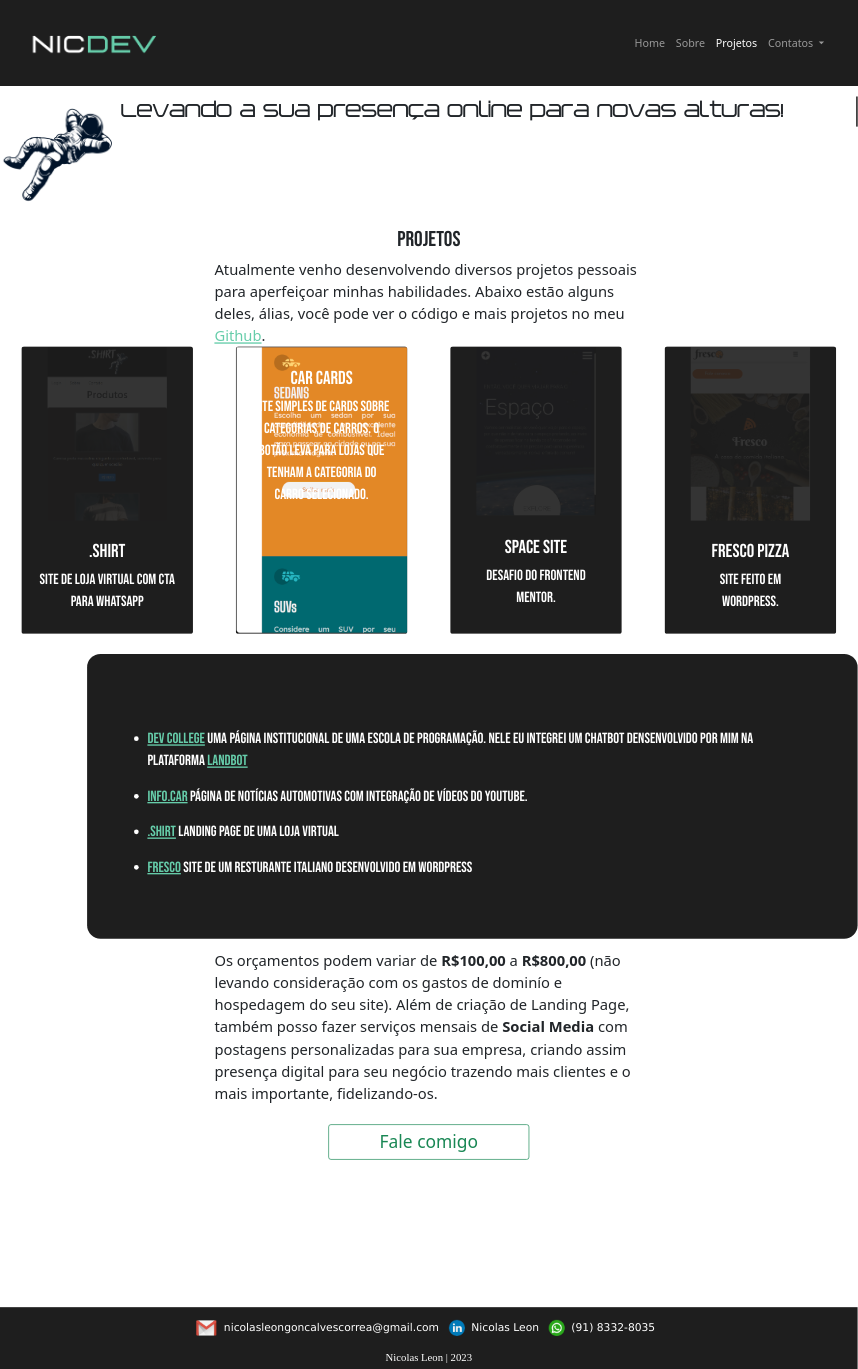
Repository: Leonngc/nicdev
Page: projects.html
An editor plug-in stored every save of this project. The page is shown before and after the next save, followed by the edit.
The browser window is 1280 px wide. The pictures show the whole page, at 67% of full size.

Above is the page before, as saved 2023-06-04 23:06:14.

### projects.html
<!DOCTYPE html>
<html lang="pt-br">
  <head>
    <meta charset="UTF-8" />
    <meta http-equiv="X-UA-Compatible" content="IE=edge" />
    <meta name="viewport" content="width=device-width, initial-scale=1.0" />
    <title>nicdev - Projetos</title>
    <!-- Google tag (gtag.js) -->
<script async src="https://www.googletagmanager.com/gtag/js?id=G-E2XWESC90Y"></script>
<script>
  window.dataLayer = window.dataLayer || [];
  function gtag(){dataLayer.push(arguments);}
  gtag('js', new Date());

  gtag('config', 'G-E2XWESC90Y');
</script>
    <link
      href="https://cdn.jsdelivr.net/npm/bootstrap@5.0.2/dist/css/bootstrap.min.css"
      rel="stylesheet"
      integrity="sha384-EVSTQN3/azprG1Anm3QDgpJLIm9Nao0Yz1ztcQTwFspd3yD65VohhpuuCOmLASjC"
      crossorigin="anonymous"
    />

    <link rel="stylesheet" href="styles/scrollbar.css" />
    <link rel="stylesheet" href="styles/footer.css" />
    <link rel="stylesheet" href="styles/projects.css"/>
    ">
  </head>
  <body>
    <header style="background-color: #1e1e1e; padding: 30px" class="fixed-top">
      <nav class="navbar navbar-expand-lg navbar-dark">
        <div class="container-fluid">
          <a class="navbar-brand" href="index.html"
            ><img
              src="images/nicdev-logo.png"
              alt="logo da NicDev"
              style="width: 200px"
          /></a>
          <button
            class="navbar-toggler"
            type="button"
            data-bs-toggle="collapse"
            data-bs-target="#navbarNavDropdown"
            aria-controls="navbarNavDropdown"
            aria-expanded="false"
            aria-label="Toggle navigation"
          >
            <span class="navbar-toggler-icon"></span>
          </button>
          <div
            class="collapse navbar-collapse justify-content-end"
            id="navbarNavDropdown"
          >
            <ul class="navbar-nav">
              <li class="nav-item">
                <a class="nav-link" href="index.html" target="_parent">Home</a>
              </li>
              <li class="nav-item">
                <a class="nav-link" href="about.html" target="_parent">Sobre</a>
              </li>
              <li class="nav-item">
                <a class="nav-link active disabled" href="#">Projetos</a>
              </li>
              <li class="nav-item dropdown">
                <a
                  class="nav-link dropdown-toggle"
                  href="#"
                  id="navbarDropdownMenuLink"
                  role="button"
                  data-bs-toggle="dropdown"
                  aria-expanded="false"
                >
                  Contatos
                </a>
                <ul
                  class="dropdown-menu"
                  aria-labelledby="navbarDropdownMenuLink"
                >
                  <li>
                    <a class="dropdown-item" href="https://wa.me/91983328035"
                      >WhatsApp
                      <img src="images/whatsapp.png" alt="" class="redes-logo"
                    /></a>
                  </li>
                  <li>
                    <a class="dropdown-item" href="mailto:nicolasleongoncalvescorre@gmail.com?Subject=Interesse%20em%20um%20website&Body=Ola%2C%20vi%20seu%20site%20de%20portfolio%20e%20fiquei%20interessado%20em%20fazer%20um%20or%E7amento.%0A%0A---obs%28Retornarei%20seu%20email%20em%20ate%2030%20minutos%29"
                      >Email
                      <img src="images/gmail (1).png" alt="" class="redes-logo"
                    /></a>
                  </li>
                  <li>
                    <a class="dropdown-item" href="https://www.linkedin.com/in/nicolas-leon-70038921b/"
                      >Linkedin
                      <img src="images/linkedin.png" alt="" class="redes-logo"
                    /></a>
                  </li>
                </ul>
              </li>
            </ul>
          </div>
        </div>
      </nav>
    </header>

  <div class="slogan-container">
    <img src="images/astronauta.png" alt="" class="astronauta"> <p class="slogan">Levando a sua presença online para novas alturas!</p>
  </div>
    <main>
      <h2>Projetos</h2>

      <p>Atualmente venho desenvolvendo diversos projetos pessoais para aperfeiçoar minhas habilidades. Abaixo estão alguns deles, álias, você pode ver o código  e mais projetos no meu <a href="https://github.com/Leonngc" target="_blank">Github</a>.</p>


      <section class="cards-container">
        <div class="card">
          <img src="images/2023-06-04 (1).png" alt="">
          <div class="info-card">
            <h3>.Shirt</h3>
            <p>Site de loja virtual com CTA para WhatsApp</p>
          </div>
        </div>
        <div class="card" id="card-0">
          <div class="info-card">
            <h3>
              Car Cards
            </h3>
            <p>Site simples de cards sobre categorias de carros. O botão leva para lojas que tenham a categoria do carro selecionado.</p>
          </div>
        </div>
        <div class="card">
          <img src="images/spacesite.png" alt="">
          <div class="info-card">
            <h3>
              Space Site
            </h3>
            <p>Desafio do Frontend Mentor.</p>
          </div>
        </div>
        <div class="card">
          <img src="images/frescosite.png" alt="">
          <div class="info-card">
            <h3>
              Fresco Pizza
            </h3>
            <p>Site feito em Wordpress.</p>
          </div>
        </div>
      </section>




      <ul>
        <li><a href="https://leonngc.github.io/dev-college/" target="_blank">Dev College</a> Uma página institucional de uma escola de programação. Nele eu integrei um chatbot  densenvolvido por mim na plataforma <a href="https://landbot.io/" target="_blank">Landbot</a>
        </li>
        <li>
          <a href="https://leonngc.github.io/projeto-info.car/" target="_blank">Info.Car</a> página de notícias automotivas com integração de vídeos do Youtube.
        </li>

        <li>
          <a href="https://leonngc.github.io/projeto-shirt/" target="_blank">.Shirt</a> Landing Page de uma loja virtual
        </li>

        <li>
          <a href="https://pizzasitewp.netlify.app/" target="_blank">Fresco</a> Site de um resturante italiano desenvolvido em Wordpress
        </li>

      </ul>

      <p>Os orçamentos podem variar de <strong>R$100,00</strong> a <strong>R$800,00</strong> (não levando consideração com os gastos de dominío e hospedagem do seu site). Além de criação de Landing Page, também posso fazer serviços mensais de <strong>Social Media</strong> com postagens personalizadas para sua empresa, criando assim presença digital para seu negócio trazendo mais clientes e o mais importante, fidelizando-os.</p>
      <a href="https://wa.me/91983328035" target="_blank"><button type="button" class="btn btn-outline-success" style="width: 300px; font-size: 26px; margin-bottom: 20px; margin-top: 30px;">Fale comigo</button></a>
    </main>

    <footer>
      <p><img src="images/gmail.png" alt=""><a href="mailto:nicolasleongoncalvescorre@gmail.com?Subject=Interesse%20em%20um%20website&Body=Ola%2C%20vi%20seu%20site%20de%20portfolio%20e%20fiquei%20interessado%20em%20fazer%20um%20or%E7amento.%0A%0A---obs%28Retornarei%20seu%20email%20em%20ate%2030%20minutos%29">nicolasleongoncalvescorrea@gmail.com</a> <img src="images/linkedin.png" alt=""><a href="https://www.linkedin.com/in/nicolas-leon-70038921b/">Nicolas Leon</a> <img src="images/whatsapp.png" alt=""><a href="https://wa.me/91983328035" target="_blank">(91) 8332-8035</a></p>
      <p class="rights">Nicolas Leon | 2023</p>
    </footer>
    <script
      src="https://cdn.jsdelivr.net/npm/bootstrap@5.0.2/dist/js/bootstrap.bundle.min.js"
      integrity="sha384-MrcW6ZMFYlzcLA8Nl+NtUVF0sA7MsXsP1UyJoMp4YLEuNSfAP+JcXn/tWtIaxVXM"
      crossorigin="anonymous"
    ></script>
  </body>
</html>

### styles/scrollbar.css
body{
    overflow-x: hidden;
}
body::-webkit-scrollbar {
    width: 6px;               /* width of the entire scrollbar */
  }

  body::-webkit-scrollbar-track {
    background: rgb(5, 5, 5);        /* color of the tracking area */
  }

  body::-webkit-scrollbar-thumb {
    background-color: #4BC6B9;    /* color of the scroll thumb */
    border-radius: 20px;       /* roundness of the scroll thumb */
  }

  .redes-logo{
    width: 30px;
    padding: 6px;
  }

### styles/footer.css
footer{
    background-color: #1e1e1e;;
    text-align: center;
    margin-top: 200px;
    padding: 15px;
    height: 13vh;
}

footer > p  a{
    padding: 10px;
    text-decoration: none;
    color: white;
    font-family: 'Lucida Sans', 'Lucida Sans Regular', 'Lucida Grande', 'Lucida Sans Unicode', Geneva, Verdana, sans-serif;
}

footer > p > a:hover{
    color: #66CDAA;
    transition: 1s;
}

.rights{
    color: white;
    font-family: 'Times New Roman', Times, serif;
}
 @media screen and (max-width:900px) {
    footer{
        margin-top: 100px;
        height: 16vh;
        word-wrap: break-word;
    }
    footer > p > a{
        color: #d1d5d4;
    }
 }

### styles/projects.css
@import url('https://fonts.googleapis.com/css2?family=Bebas+Neue&display=swap'); /* CDN GOOGLE  FONT */
@import url('https://cdn-uicons.flaticon.com/uicons-solid-straight/css/uicons-solid-straight.css'); /* CDN ICON*/
@font-face {
    font-family: Lastica;
    src: url(../fonts/instrg.ttf);
}

@keyframes typewriter {
    from {
      width: 0%;
    }
    to {
      width: 50%;
    }
  }
  @keyframes blink {
    from {
      border-color: black;
    }
    to {
      border-color: transparent;
    }
  }

*{
    max-width: 100vw;
}

:root{
 --bebas-neue : 'Bebas Neue', cursive;
}

body{
    max-width: 100vw;
    overflow-x: hidden;
}

main{
    margin-top: 150px;
    text-align: center;
}

.slogan-container{
  margin-top: 120px;
}


.slogan{
    font-family: Lastica, sans-serif;
    font-weight: bold;
    font-size: 30px;
    overflow: hidden;
    animation: typewriter 2s steps(15) alternate,
      blink 800ms steps(15)  normal;
    border-right: 2px solid black;
}

.astronauta{
    width: 180px;
    float: left;
}

h2{
    font-family: var(--bebas-neue);
    text-align: center
}

main > p{
    text-align: start;
    margin: auto;
    width: 50vw;
    font-size: 22px;
}

main > ul{
    font-family: var(--bebas-neue);
    font-size: 22px;
    margin-left: 130px;
    margin-top: 30px;
    background-color: #1e1e1e;
    color: white;
    padding: 90px;
    border-radius: 20px;
    text-align: left;
}

main a{
    color: #66CDAA;
}

main > ul > li{
  margin-top: 20px;
}

li > img{
    width: 600px;
    padding: 50px;
}

.cards-container{
  display: flex;
  flex-wrap: wrap;
  justify-content: space-around;
}

.card{
  background-color: #1e1e1e;
  align-items: center;
  width: 20%;
}

.card > img{
  width: 70%;
  filter: opacity(10%);
}

#card-0{
  background-image: url(../images/carcards.png);
  background-repeat: no-repeat;
  background-size: cover;
  filter: opacity(10%) black;

}

.info-card{
  color: white;
  font-family: var(--bebas-neue);
  text-align: center;
  padding: 30px 0 30px;
}

.info-card > p{
  width: 80%;
  margin: auto;
  font-size: 22px;
}

@media screen and (max-width:900px){
    .astronauta{
        width: 100px;
    }
    .slogan{
        font-size: 12px;
        padding: 20px;
    }
    h2{
    margin: auto;
    }
    main{
      margin-top: 100px;
    }
   main > p{
    width: 90vw;
   }

   main > ul{
    margin: auto;
    margin-top: 30px;
    margin-bottom: 30px;
    font-size: 18px;
    padding: 30px;
   }

   main > ul > li{
    padding: 16px;
   }
}

After the next save:
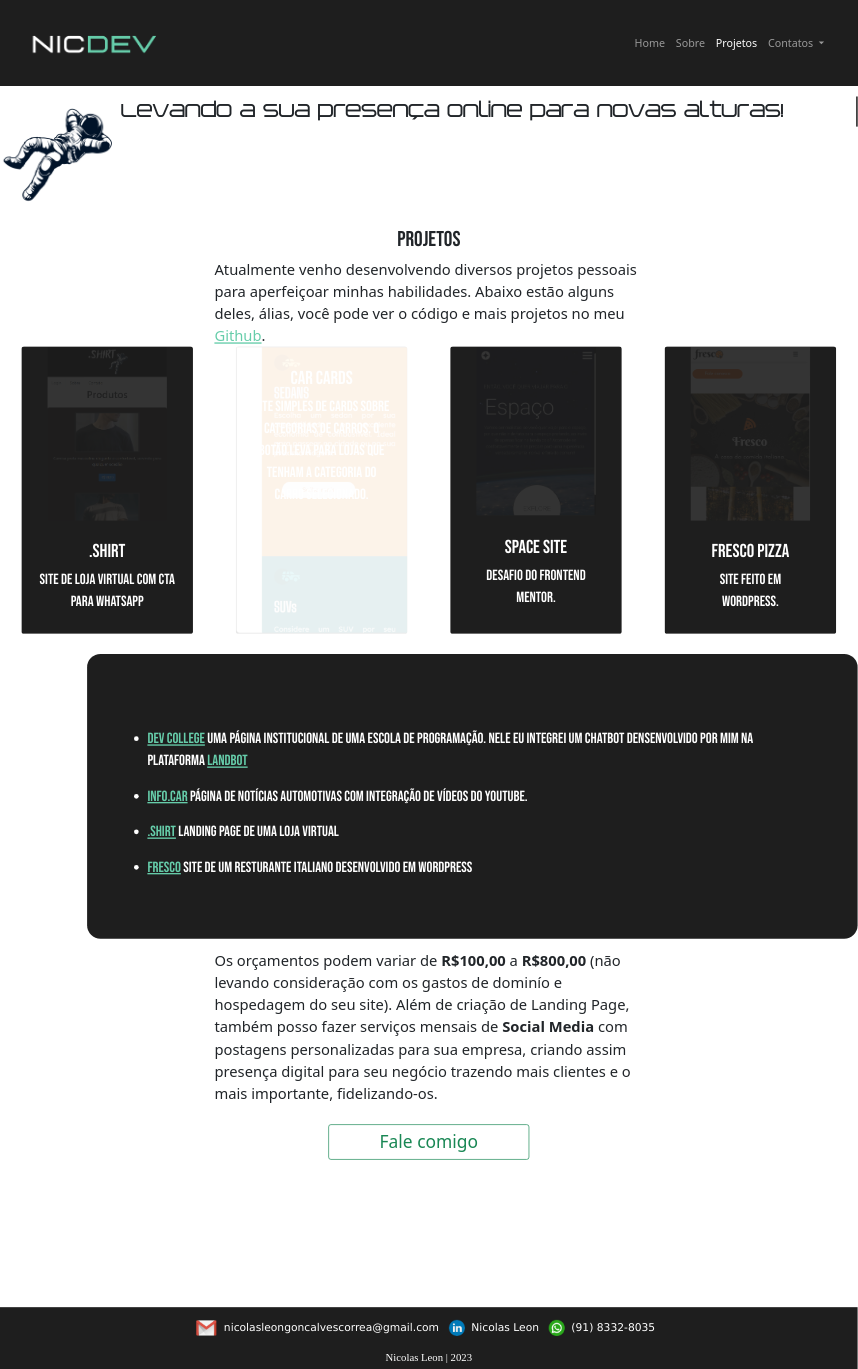
Saved 9 s later.
--- a/styles/projects.css
+++ b/styles/projects.css
@@ -118,7 +118,7 @@
   background-image: url(../images/carcards.png);
   background-repeat: no-repeat;
   background-size: cover;
-  filter: opacity(10%) black;
+  filter: opacity(10%);
 
 }
 

After the 3 saves that followed:
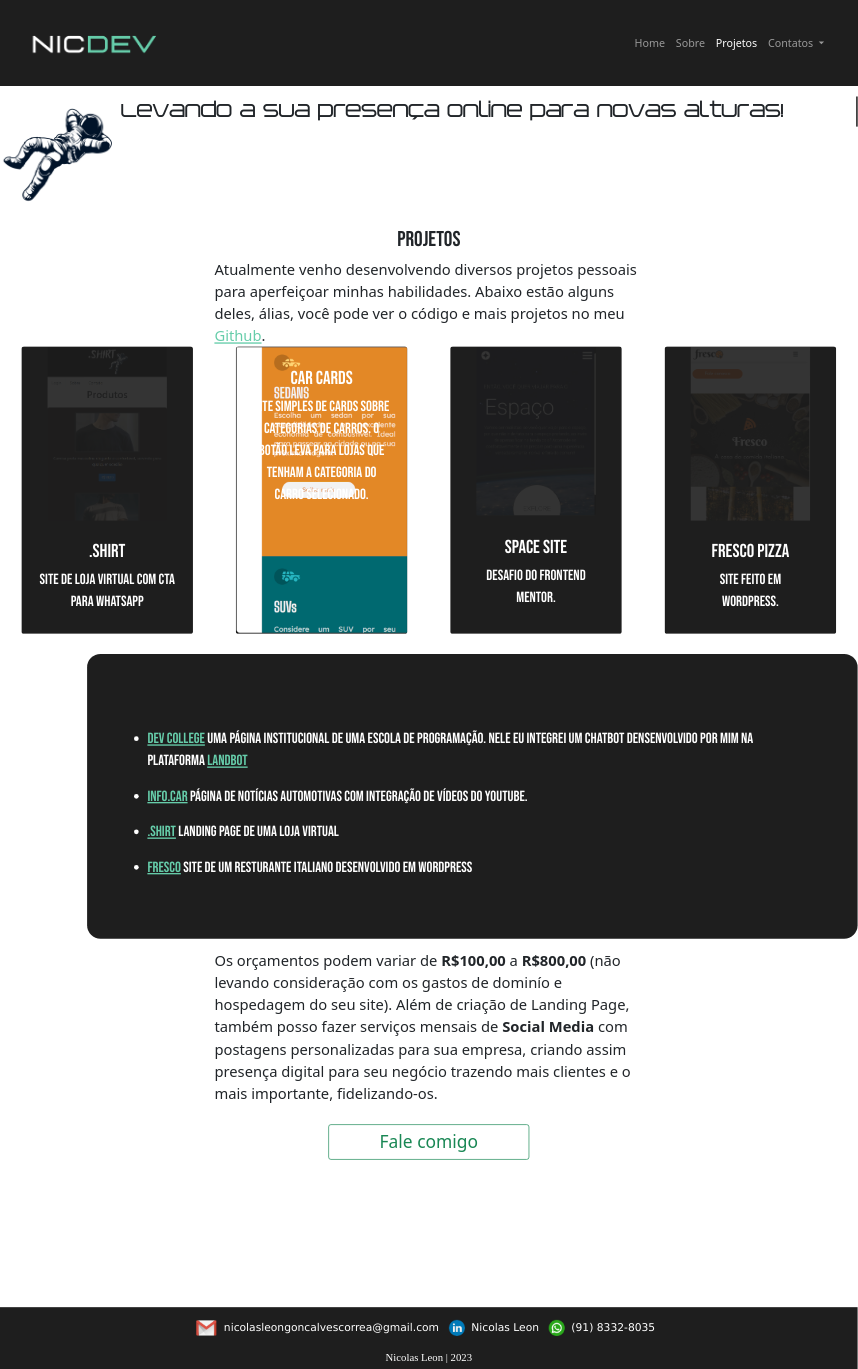
The 3 saves are shown as one change because they came seconds apart.
The last was saved 85 s later.
--- a/styles/projects.css
+++ b/styles/projects.css
@@ -118,7 +118,7 @@
   background-image: url(../images/carcards.png);
   background-repeat: no-repeat;
   background-size: cover;
-  filter: opacity(10%);
+  box-shadow: #1e1e1e;
 
 }
 
